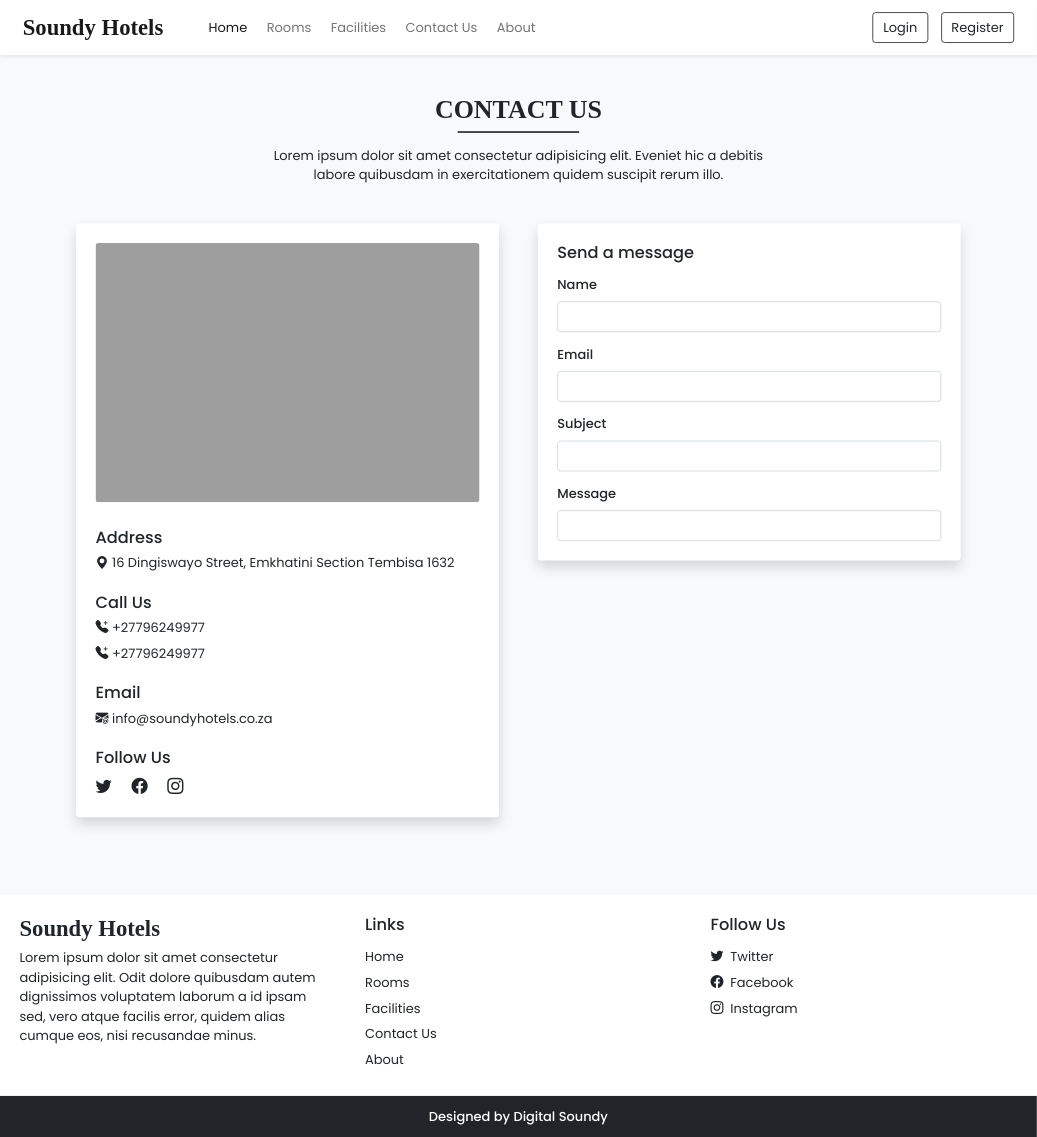
Repository: spencersoundy/Hotel-Booking-App
Page: http://localhost/contact.php
An editor plug-in stored every save of this project. The page is shown before and after the next save, followed by the edit.
The browser window is 1280 px wide. The pictures show the whole page, at 81% of full size.
Pictures or frames that could not be fetched are drawn as grey boxes. Some web fonts or font styles are not loaded; a fallback is used. The page is run by PHP 8.4 with error messages shown; the project is at /var/www/html/.

Above is the page before, as saved 2023-08-05 00:03:38.

After the next save:
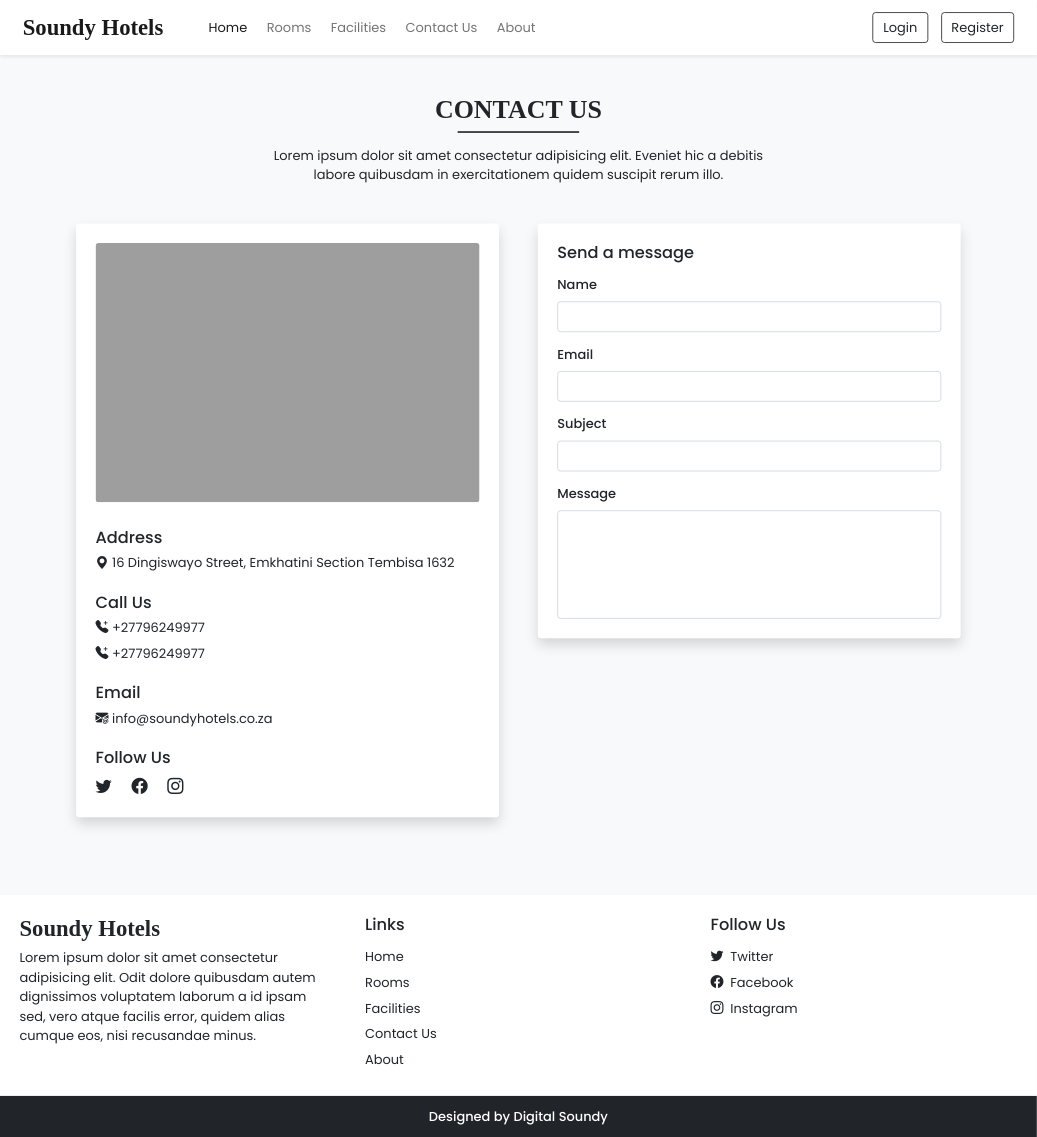
Saved 10 s later.
--- a/contact.php
+++ b/contact.php
@@ -76,7 +76,7 @@
                     </div>
                     <div class="mt-3">
                         <label class="form-label"style="font-weight: 500;">Message</label>
-                        <textarea class="form-control shadow-none" rows="1" style="resize: none;"></textarea>
+                        <textarea class="form-control shadow-none" rows="5" style="resize: none;"></textarea>
                     </div>
                 </form>
             </div>
